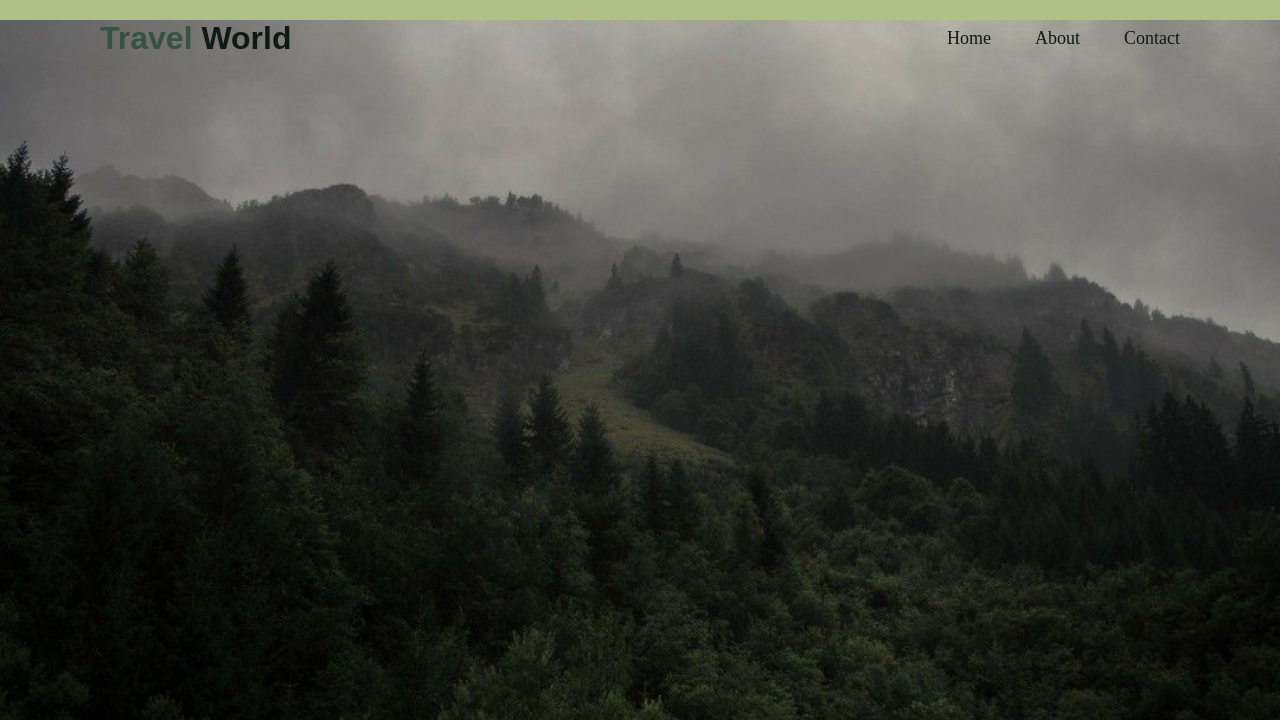
Repository: Haakim19/TravelWorld
Page: html/index.html
An editor plug-in stored every save of this project. The page is shown before and after the next save, followed by the edit.
The browser window is 1280 px wide. The pictures show the whole page.

Above is the page before, as saved 2024-10-30 23:40:41.

### html/index.html
<!DOCTYPE html>
<html lang="en">
<head>
    <meta charset="UTF-8">
    <meta name="viewport" content="width=device-width, initial-scale=1.0">
    <title>Travel World</title>
    <link rel="stylesheet" href="../css/main.css">
</head>
<body>
    <header class="header">
        <h1 class="name">Travel <span>World</span></h1>
        <nav class="navbar">
                <a href="#">Home</a>
                <a href="#">About</a>
                <a href="#">Contact</a>
        </nav>
    </header>
    <!-- <img src="../assets/mirissa.jpg" alt=""> -->
    <!-- <div class="main-content">
        <div class="content">
            <h1>Sri Lanka</h1>
            <h2>Uncover the Wonders of the Pearl Island!</h2>
            <p>Discover the essence of Sri Lanka with a team that knows every hidden gem and iconic wonder! Our mission is to turn your trip into a blend of relaxation, excitement, and cultural discovery. From misty highlands and golden shores to rich heritage sites, our custom tours celebrate Sri Lanka’s breathtaking diversity. Get ready to make memories you’ll cherish forever as we take care of every detail for a truly magical journey!</p>
        </div>
        <div class="hover-card">
            <div id="card1">
                <div id="image-slider">
                    <img src="../assets/arugam bay.jpg" alt="">
                </div>
                <div id="card-content">
                    <h3><B>Pristine Beaches</B></h3>
                    <p> Golden sands and crystal-clear waters perfect for relaxation and water sports.</p>
                </div>
            </div>
            <div id="card2">
                <div id="image-slider">
                    <img src="../assets/teafeald.avif" alt="teafeald">
                    <img src="../assets/teafeald2.avif" alt="teafeald">
                </div>
                <div id="card-content">
                    <h3><B>Lush Tea Plantations</B></h3>
                    <p> Explore scenic hillsides and savor world-renowned Ceylon tea.</p>
                </div>
            </div>
            <div id="card3">
                <div id="image-slider">
                    <img src="../assets/temple.jpg" alt="temple">
                    <img src="../assets/ruins.webp" alt="">
                    <img src="../assets/temple3.jpg" alt="">
                </div>
                <div id="card-content">
                    <h3><B>Ancient Temples & Ruins</B></h3>
                    <p> Dive into a rich history with UNESCO heritage sites and sacred relics.</p>
                </div>
            </div>
            <div id="card4">
                <div id="image-slider">
                    <img src="../assets/yala.jpg" alt="">
                    <img src="../assets/wildlife.webp" alt="">
                    <img src="../assets/wildlife02.jpg" alt="">
                    <img src="../assets/wildlife04.jpg" alt="">
                </div>
                <div id="card-content">
                    <h3><B>Wildlife Safaris</B></h3>
                    <p> Encounter elephants, leopards, and exotic birds in diverse national parks.</p>
                </div>
            </div>
            <div id="card5">
                <div id="image-slider">
                    <img src="../assets/Ella02.jpg" alt="Ella">
                    <img src="../assets/Hanthana.jpg" alt="">
                    <img src="../assets/mountains02.jpg" alt="">
                </div>
                <div id="card-content">
                    <h3><B>Mountain Escapes</B></h3>
                    <p> Misty highlands with waterfalls, hiking trails, and cool climates.</p>
                </div>
            </div>
            <div id="card6">
                <div id="image-slider">
                    <img src="../assets/festivel.jpg" alt="">
                    <img src="../assets/festivel02.jpg" alt="">
                </div>
                <div id="card-content">
                    <h3><B>Cultural Festivals</B></h3>
                    <p> Vibrant celebrations showcasing traditional dance, music, and customs.</p>
                </div>
            </div>
            <div id="card7">
                <div id="image-slide">
                    <img src="../assets/cuisine.jpeg" alt="">
                    <img src="../assets/cuisine02.jpeg" alt="">
                    <img src="../assets/cuisine03.jpg" alt="">

                </div>
                <div id="card-content">
                    <h3><B>Flavorful Cuisine</B></h3>
                    <p> Delight in spicy curries, fresh seafood, and tropical fruits.</p>
                </div>
            </div>

        </div>
    </div>
    <div class="footer">
        <div id="icon">
            <img src="../assets/twitter.png" alt="twitter">
            <img src="../assets/facebook.png" alt="facebook">
            <img src="../assets/instagram.png" alt="instagram">
            <img src="../assets/whatsapp.png" alt="whatsapp">
        </div>
    </div> -->
</body>
</html>

### css/main.css
*{
    --color1: #101916;
    --color2:#355245;
    --color3:#afc186;
    --color4:#648374;
    --color5:#e3e5d8;
    --font01:Marker Felt, fantasy;
    --font02:cursive;
    --font03:DejaVu Sans Mono, monospace;
    --font04:Comic Sans MS, cursive;
    margin: 0;
    padding: 0;
    box-sizing: border-box;
}
body{
    min-height: 100vh;
    /* background: url('https://i.pinimg.com/564x/c7/36/f8/c736f83436d84ddc039fe42de40c8ec7.jpg'); */
    background:url('../assets/bg.jpg') no-repeat;
    background-size: cover;
    background-position: center;
}
.header{
    position: fixed;
    top: 0;
    left: 0;
    width: 100%;
    padding: 20px 100px;
    display: flex;
    justify-content:space-between;
    align-items: center;
    z-index: 100;
}
.name{
    font-family: "poppins", sans-serif;
    font-size: 32px;
    color: var(--color2);
    text-decoration: none;
    font-weight: 700;
}
.name span{
    color: var(--color1);
}
.navbar a{
    font-size: 18px;
    color: var(--color1);
    text-decoration: none;
    font-weight: 500;
    margin-left: 40px;
}
.navbar a::before{
    content: '';
    position: absolute;
    top: 0;
    left: 0;
    width: 100%;
    height: 20px;
    background: var(--color3);
}
/* div #hedding{
    display: flex;;
    align-items: center;
    justify-content: center;
    padding: 40px;
    padding-left: 20px;
    padding-right: 20px;
}
#hedding h1{
    color: var(--color5);
    font-family: var(--font04);
    font-size: 35px;
    flex: content;
    gap: -20px;
    padding-left: 10%;
    padding-right: 10%;
}
#hedding span{
    color: var(--color1);
}
nav{
    display: flex;
    align-items: center;
    justify-content:center;
    word-spacing: 5px;
    gap: 100px;
    padding-left: 10%;
    padding-right: 10%;
}
nav ul li{
    list-style-type: none;
    display: inline-block;
    padding: 10px 20px;
}
nav ul li a{
    color: var(--color3);
    text-decoration: none;
    font-weight: bold;
    color: var(--color5);
    font-size: 20px;
    font-family: var(--font03);
}
nav ul li a:hover{
    color: var(--color1);
    transition: 0.3s;
}  */

After the next save:
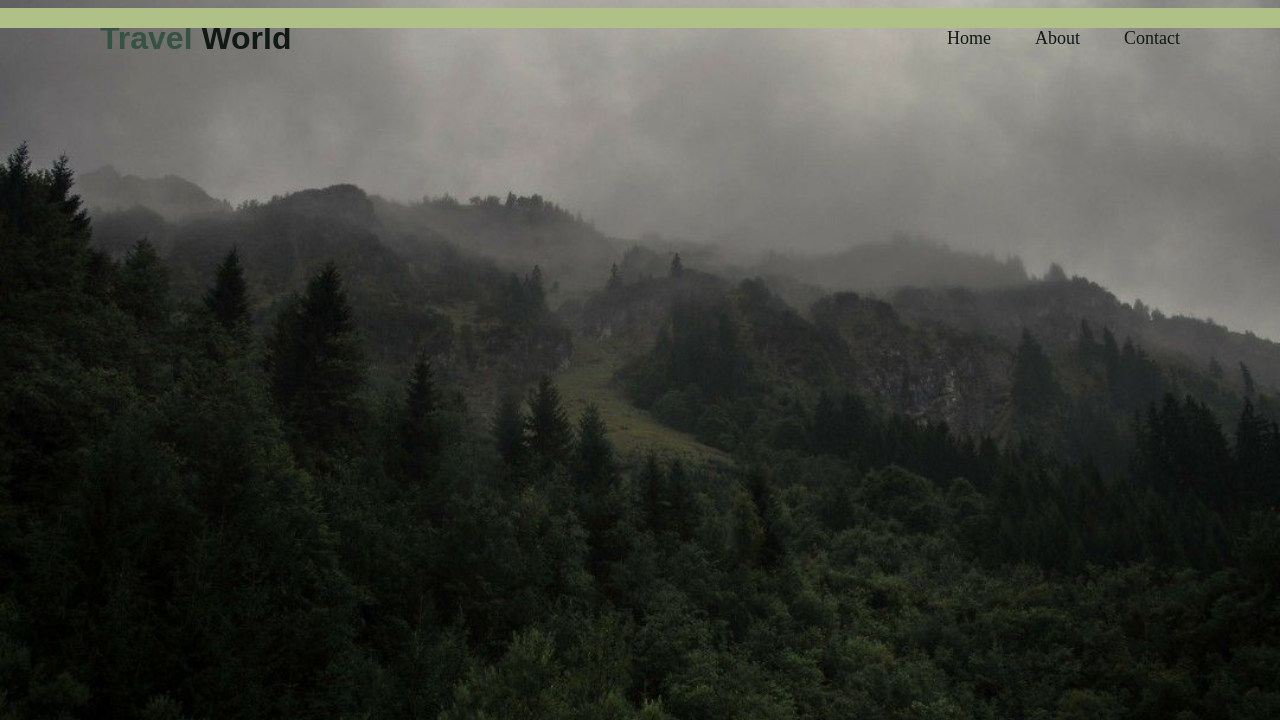
Saved 32 s later.
--- a/css/main.css
+++ b/css/main.css
@@ -50,7 +50,7 @@ body{
 .navbar a::before{
     content: '';
     position: absolute;
-    top: 0;
+    top: 10%;
     left: 0;
     width: 100%;
     height: 20px;
